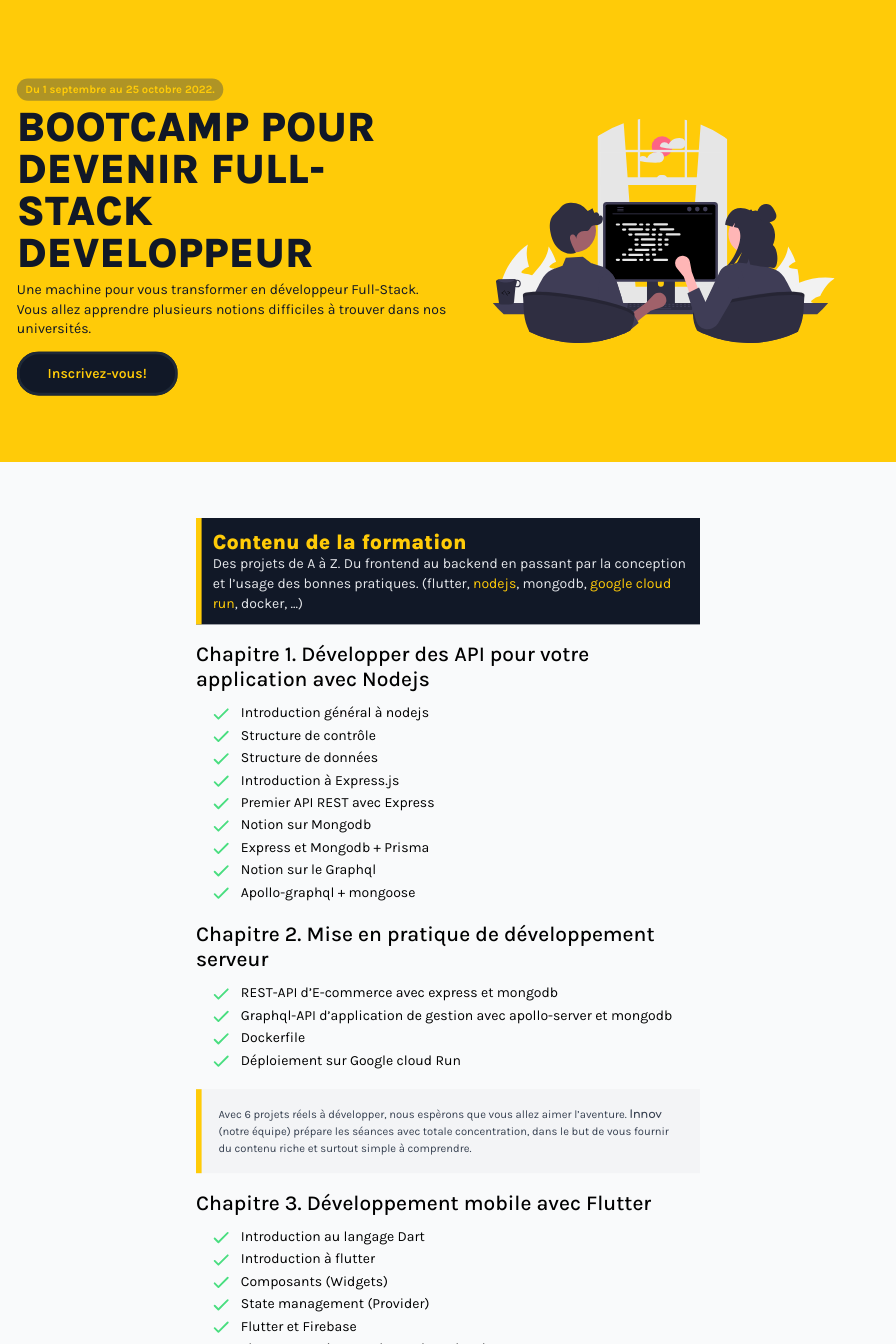
Repository: alfredlwanzo/course
Page: /
The author's editor kept a copy of each file at every save. The page is drawn from the files as they stood at one save, then again after the next save.
The browser window is 1280 px wide. The pictures show the part of the page from y = 0 to 1920 px (the page is 3478 px tall before and 3422 px after), at 70% of full size.
The project was rebuilt for these pictures with package versions that can differ from the ones it lists, and the page was loaded fresh each time. The framework's server and built-in components were replaced by stand-ins that run in the browser. Also part of the build but not shown: next.config.js.

Above is the page before, as saved 2022-08-09 15:43:37.

### pages/_app.tsx
import '../src/styles/globals.css'
import type { AppProps } from 'next/app'

function MyApp({ Component, pageProps }: AppProps) {
  return <Component {...pageProps} />
}

export default MyApp

### pages/_document.tsx
import NextDocument, { Html, Head, Main, NextScript } from "next/document";

type Props = {};

class MyDocument extends NextDocument<Props> {
  render() {
    return (
      <Html>
        <Head>
          <link rel="manifest" href="/manifest.json" />
          <link rel="apple-touch-icon" href="/icon.png"></link>
          <meta name="theme-color" content="#FFCB08" />
          <link rel="icon" href="/favicon.ico" />
        </Head>
        <body>
          <Main />
          <NextScript />
        </body>
      </Html>
    );
  }
}

export default MyDocument;

### pages/index.tsx
import Footer from '@src/components/Footers/Footer'
import ContentSection from '@src/components/sections/Content'
import HomeSection from '@src/components/sections/Home'
import PricingSection from '@src/components/sections/Pricing'
import type { NextPage } from 'next'
import Head from 'next/head'
import Image from 'next/image'


const Home: NextPage = () => {
  return (
    <div className="">
      <Head>
        <title>Innov | Bootcamp pour devenir fullStack developpeur</title>
        <meta name="description" content="Generated by create next app" />
        <link rel="icon" href="/favicon.ico" />
      </Head>

      <main className="">
       <section className="bg-primary pt-16 md:pt-28 pb-14 md:pb-28">
        {/* section Home */}
        <HomeSection/>
       </section>

       {/* section content */}
       <section className="py-6 md:py-20">
        <ContentSection/>
       </section>
       {/* Section pricing */}
       <section>
        <PricingSection/>
       </section>
      </main>

      <Footer/>
    </div>
  )
}

export default Home

### src/styles/globals.css

/* Fonts: Comfortaa & Karla */
@import url('https://fonts.googleapis.com/css2?family=Comfortaa:wght@300;400;500;600;700&display=swap');
@import url('https://fonts.googleapis.com/css2?family=Karla:ital,wght@0,200;0,300;0,400;0,500;0,600;0,700;0,800;1,200;1,300;1,400;1,500;1,600;1,700;1,800&display=swap');

/* tailwind */
@tailwind base;
@tailwind components;
@tailwind utilities;


html,
body {
  padding: 0;
  margin: 0;
  @apply bg-gray-50;
  font-family: 'Karla', sans-serif;
}

a {
  color: inherit;
  text-decoration: none;
}

* {
  box-sizing: border-box;
}

### src/components/Footers/Footer.tsx
import React from 'react'
import Copyright from './Copyright'


const Footer = () => {
  return (
    <div className='bg-gray-900'>
        <Copyright/>
    </div>
  )
}

export default Footer

### src/components/sections/Content.tsx
import React from "react";
import { CheckIcon } from "@heroicons/react/outline";

const ContentSection = () => {
  return (
    <article className="max-w-3xl mx-auto px-3 sm:px-6">
      <blockquote className="bg-gray-900 border-l-8 border-l-primary text-xl text-gray-200 p-4">
        <h6 className="text-primary text-3xl font-extrabold">Contenu de la formation</h6>
        Des projets de A à Z. Du frontend au backend en passant par la conception et l’usage des bonnes pratiques. (flutter, <span className="text-primary">nodejs</span>,  mongodb, <span className="text-primary">google cloud run</span>, docker, ...)
        {/* Nous avons mis du temps à préparer afin de produire un contenue riche. Nous avons appliqué une approche de rendre des notions complexes, faciles à apprendre. Nous voulons qu’une personne après avoir participer à cette formation puisse être capable de produire une application de A à Z sans beaucoup de difficultés. Notre Objectif est de créer de meilleurs développeurs Full-stack. */}
      </blockquote>
      {/* Chapter 1 */}
      <div className="mt-6">
        <h2 className="text-3xl font-medium">
          Chapitre 1. Développer des API pour votre application avec Nodejs
        </h2>
        <ul className="list-inside pl-5 mt-4">
          <li className="text-xl ">
            <CheckIcon className="inline-block h-8 w-8 mr-3 text-green-400" />
            Introduction général à nodejs
          </li>
          <li className="text-xl ">
            <CheckIcon className="inline-block h-8 w-8 mr-3 text-green-400" />
            Structure de contrôle
          </li>
          <li className="text-xl ">
            <CheckIcon className="inline-block h-8 w-8 mr-3 text-green-400" />
            Structure de données
          </li>
          <li className="text-xl ">
            <CheckIcon className="inline-block h-8 w-8 mr-3 text-green-400" />
            Introduction à Express.js
          </li>
          <li className="text-xl ">
            <CheckIcon className="inline-block h-8 w-8 mr-3 text-green-400" />
            Premier API REST avec Express
          </li>
          <li className="text-xl ">
            <CheckIcon className="inline-block h-8 w-8 mr-3 text-green-400" />
            Notion sur Mongodb
          </li>
          <li className="text-xl ">
            <CheckIcon className="inline-block h-8 w-8 mr-3 text-green-400" />
            Express et Mongodb + Prisma
          </li>
          <li className="text-xl ">
            <CheckIcon className="inline-block h-8 w-8 mr-3 text-green-400" />
            Notion sur le Graphql
          </li>
          <li className="text-xl ">
            <CheckIcon className="inline-block h-8 w-8 mr-3 text-green-400" />
            Apollo-graphql + mongoose
          </li>
        </ul>
      </div>
      {/* Chapitre 2 */}
      <div className="mt-6">
        <h2 className="text-3xl font-medium">
          Chapitre 2. Mise en pratique de développement serveur
        </h2>
        <ul className="list-inside pl-5 mt-4 ">
          <li className="text-xl ">
            <CheckIcon className="inline-block h-8 w-8 mr-3 text-green-400" />
            REST-API d’E-commerce avec express et mongodb
          </li>
          <li className="text-xl ">
            <CheckIcon className="inline-block h-8 w-8 mr-3 text-green-400" />
            Graphql-API d’application de gestion avec apollo-server et mongodb
          </li>
          <li className="text-xl ">
            <CheckIcon className="inline-block h-8 w-8 mr-3 text-green-400" />
            Dockerfile
          </li>
          <li className="text-xl ">
            <CheckIcon className="inline-block h-8 w-8 mr-3 text-green-400" />
            Déploiement sur Google cloud Run
          </li>
        </ul>
      </div>
      <blockquote className="border-l-8 border-l-primary p-6 mt-6 bg-gray-100 text-gray-700">
      Avec 6 projets réels à développer,
            nous espèrons que vous allez aimer l’aventure.{" "}
            <span className="font-comfortaa font-bold">Innov</span> (notre
            équipe) prépare les séances avec totale concentration, dans le but
            de vous fournir du contenu riche et surtout simple à comprendre.
      </blockquote>
      {/* Chapitre 3 */}
      <div className="mt-6">
        <h2 className="text-3xl font-medium">
          Chapitre 3. Développement mobile avec Flutter
        </h2>
        <ul className="list-inside pl-5 mt-4 ">
          <li className="text-xl ">
            <CheckIcon className="inline-block h-8 w-8 mr-3 text-green-400" />
            Introduction au langage Dart
          </li>
          <li className="text-xl ">
            <CheckIcon className="inline-block h-8 w-8 mr-3 text-green-400" />
            Introduction à flutter
          </li>
          <li className="text-xl ">
            <CheckIcon className="inline-block h-8 w-8 mr-3 text-green-400" />
            Composants (Widgets)
          </li>
          <li className="text-xl ">
            <CheckIcon className="inline-block h-8 w-8 mr-3 text-green-400" />
            State management (Provider)
          </li>
          <li className="text-xl ">
            <CheckIcon className="inline-block h-8 w-8 mr-3 text-green-400" />
            Flutter et Firebase
          </li>
          <li className="text-xl ">
            <CheckIcon className="inline-block h-8 w-8 mr-3 text-green-400" />
            Flutter et SQLite pour le stockage local
          </li>
          <li className="text-xl ">
            <CheckIcon className="inline-block h-8 w-8 mr-3 text-green-400" />
            Flutter pour le Media (Camera, Image, vidéo, audio)
          </li>
        </ul>
      </div>
       {/* Chapitre 4 */}
       <div className="mt-6">
        <h2 className="text-3xl font-medium">
          Chapitre 4. Mise en pratique complète, Section de clonage de projets existant
        </h2>
        <ul className="list-inside pl-5 mt-4 ">
          <li className="text-xl ">
            <CheckIcon className="inline-block h-8 w-8 mr-3 text-green-400" />
            Développement d’une application d’E-commerce avec REST-API
          </li>
          <li className="text-xl ">
            <CheckIcon className="inline-block h-8 w-8 mr-3 text-green-400" />
            Développement d’une application de Twitter avec Google Firebase
          </li>
          <li className="text-xl ">
            <CheckIcon className="inline-block h-8 w-8 mr-3 text-green-400" />
            Développement d’une librairie client pour graphql
          </li>
          <li className="text-xl ">
            <CheckIcon className="inline-block h-8 w-8 mr-3 text-green-400" />
            Développement d’une application de Gestion commerciale avec Graphql avec AWS AppSync
          </li>
          <li className="text-xl ">
            <CheckIcon className="inline-block h-8 w-8 mr-3 text-green-400" />
            Déploiement sur playstore
          </li>
        </ul>
      </div>
      <blockquote className="border-l-8 border-l-primary p-6 mt-6 bg-gray-100 text-gray-700">
        En participant vous aurez <span className="font-bold text-primary">accès à une vidéo chaque jour</span> pour rappeler les notions apprise pendant le live
      </blockquote>
    </article>
  );
};

export default ContentSection;

### src/components/sections/Home.tsx
import React from "react";
import SubscribeButton from "../buttons/SubscribeButton";
import PairProgramming from "../icons/PairProgramming";

const HomeSection = () => {
  return (
    <div className="max-w-7xl mx-auto px-3 sm:px-6">
      <div className="grid md:grid-cols-2 gap-10 lg:gap-0">
        <div>
          <div className="bg-gray-700 bg-opacity-40 w-max py-1 px-3 rounded-full">
            <h6 className="font-bold text-primary">
              Du 1 septembre au 25 octobre 2022.
            </h6>
          </div>
          <h1 className="text-5xl md:text-6xl text-gray-900 font-extrabold uppercase mt-2">
            Bootcamp pour devenir full-stack developpeur
          </h1>
          <p className="text-xl mt-2 text-gray-900">
            Une machine pour vous transformer en développeur
            Full-Stack. Vous allez apprendre plusieurs notions difficiles à
            trouver dans nos universités.
          </p>
          <div className="hidden md:block mt-9">
            <SubscribeButton />
          </div>
        </div>
        <div className="flex flex-col items-center justify-center">
          <PairProgramming className="w-auto h-52 md:h-80 -bottom-10" />
          <div className="block md:hidden mt-12">
            <SubscribeButton />
          </div>
        </div>
      </div>
    </div>
  );
};

export default HomeSection;

### src/components/sections/Pricing.tsx

const tiers = [
  {
    name: 'En ligne',
    href: 'https://wa.me/+243978154329',
    price: 75,
    description: "La formation se passe en ligne en live.  2 heures par jour",
  },
  {
    name: 'En presentielle',
    href: 'https://wa.me/+243978154329',
    price: 100,
    description: 'Nous ne recevrons que 5 personnes au sein de nos locaux à Butembo',
  },
]

export default function PricingSection() {
  return (
    <div className="bg-gray-900">
      <div className="pt-12 sm:pt-16 lg:pt-24">
        <div className="max-w-4xl mx-auto text-center px-4 sm:px-6 lg:px-8">
          <div className="max-w-3xl mx-auto space-y-2 lg:max-w-none">
            <h2 className="text-lg leading-6 font-semibold text-primary uppercase tracking-wider">Tarif</h2>
            <p className="text-3xl font-extrabold text-white sm:text-4xl lg:text-5xl">
            Investissez à vous
            </p>
            <p className="text-xl text-gray-300">
              pour votre indépendance
            </p>
          </div>
        </div>
      </div>
      <div className="mt-8 pb-12 bg-gray-50 sm:mt-12 sm:pb-16 lg:mt-16 lg:pb-24">
        <div className="relative">
          <div className="absolute inset-0 h-3/4 bg-gray-900" />
          <div className="relative z-10 max-w-4xl mx-auto px-4 sm:px-6 lg:px-8">
            <div className="max-w-md mx-auto space-y-4 lg:max-w-5xl lg:grid lg:grid-cols-2 lg:gap-5 lg:space-y-0">
              {tiers.map((tier) => (
                <div key={tier.name} className="flex flex-col rounded-lg shadow-lg overflow-hidden">
                  <div className="px-6 py-8 bg-white sm:p-10 sm:pb-6">
                    <div>
                      <h3
                        className="inline-flex px-4 py-1 rounded-full text-sm font-semibold tracking-wide uppercase bg-gray-50 text-gray-900"
                        id="tier-standard"
                      >
                        {tier.name}
                      </h3>
                    </div>
                    <div className="mt-4 flex items-baseline text-6xl font-extrabold">
                      ${tier.price}
                    </div>
                    <p className="mt-5 text-xl text-gray-500">{tier.description}</p>
                  </div>
                  <div className="flex-1 flex flex-col justify-between px-6 pt-6 pb-8 bg-gray-50 space-y-6 sm:p-10 sm:pt-6">

                    <div className="rounded-full shadow">
                      <a
                        href={tier.href}
                        target="_blank"
                        rel="noreferrer"
                        className="flex items-center justify-center px-5 py-3 border border-transparent text-xl font-medium rounded-full text-primary bg-gray-900 hover:bg-gray-900"
                        aria-describedby="tier-standard"
                      >
                        Inscrivez-vous!
                      </a>
                    </div>
                  </div>
                </div>
              ))}
            </div>
          </div>
        </div>
        <div className="mt-4 relative max-w-4xl mx-auto px-4 sm:px-6 lg:px-8 lg:mt-5">
          <div className="max-w-md mx-auto lg:max-w-5xl">
            <div className="border-l-8 border-l-primary bg-gray-900 px-6 py-8 sm:p-10 lg:flex lg:items-center">
              <div className="flex-1">
                <div>
                  <h3 className="inline-flex px-4 py-1 rounded-full text-sm font-semibold tracking-wide uppercase bg-white text-gray-800">
                    Réduction
                  </h3>
                </div>
                <div className="mt-4 text-lg text-gray-100">
                Nous offrons aux 10 premiers inscrits une <span className="font-bold text-primary">réduction de 15$</span> à chaque personne qui va s’inscrire à la formation en ligne avant le 25 Août. Soit <span className="text-primary">60$</span> cash.
                </div>
              </div>
              <div className="mt-6 rounded-md shadow lg:mt-0 lg:ml-10 lg:flex-shrink-0">
                <a
                  href="https://wa.me/+243978154329"
                  target="_blank"
                  rel="noreferrer"
                  className="flex items-center justify-center animate-pulse px-5 py-3 border border-transparent text-base font-medium rounded-full text-gray-900 bg-white hover:bg-gray-50"
                >
                  Profiter de l&apos;occation
                </a>
              </div>
            </div>
          </div>
        </div>
      </div>
    </div>
  )
}

### src/components/Footers/Copyright.tsx
import React from 'react'

const Copyright = () => {
  return (
    <div className='max-w-7xl mx-auto px-3 sm:px-6" py-3 text-gray-200 '>
        <p className='text-xs'>© 2022 InnovToast. Tous droits réservés.</p>
    </div>
  )
}

export default Copyright

### src/components/buttons/SubscribeButton.tsx
import React from "react";

const SubscribeButton = () => {
  return (
    <a
      href="https://wa.me/+243978154329"
      target="_blank"
      rel="noreferrer"
      className="bg-gray-900 text-primary animate-pulse py-4 px-10 text-xl font-semibold rounded-full border-4 border-gray-800 hover:bg-opacity-95 hover:border-gray-900"
    >
      Inscrivez-vous!
    </a>
  );
};

export default SubscribeButton;

Loaded but not shown: tailwind.config.js (18 lines, source omitted); src/components/icons/PairProgramming.tsx (865 lines, source omitted)

After the next save:
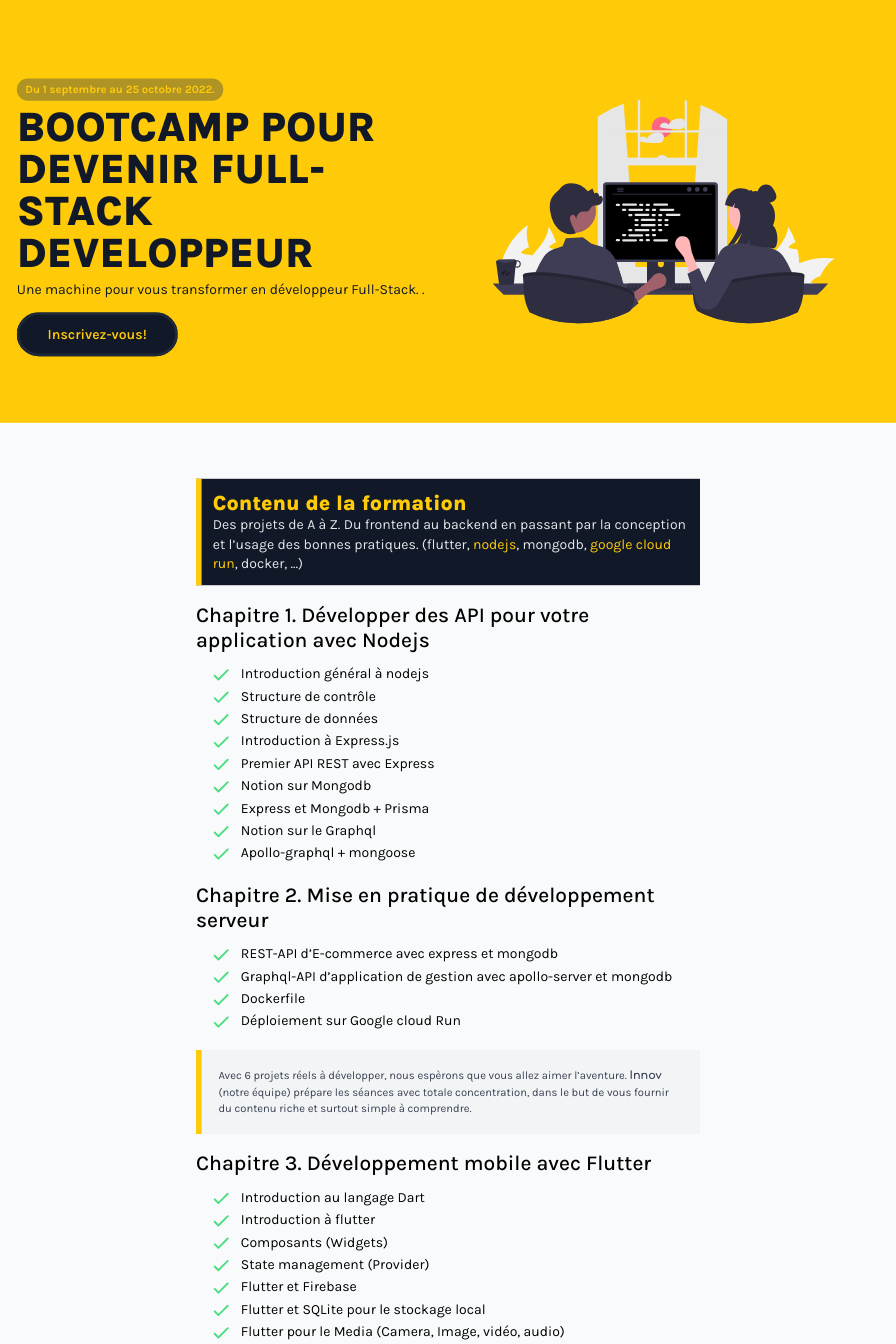
Saved 17 s later.
--- a/src/components/sections/Home.tsx
+++ b/src/components/sections/Home.tsx
@@ -17,8 +17,7 @@
           </h1>
           <p className="text-xl mt-2 text-gray-900">
             Une machine pour vous transformer en développeur
-            Full-Stack. Vous allez apprendre plusieurs notions difficiles à
-            trouver dans nos universités.
+            Full-Stack. .
           </p>
           <div className="hidden md:block mt-9">
             <SubscribeButton />

After the save that followed:
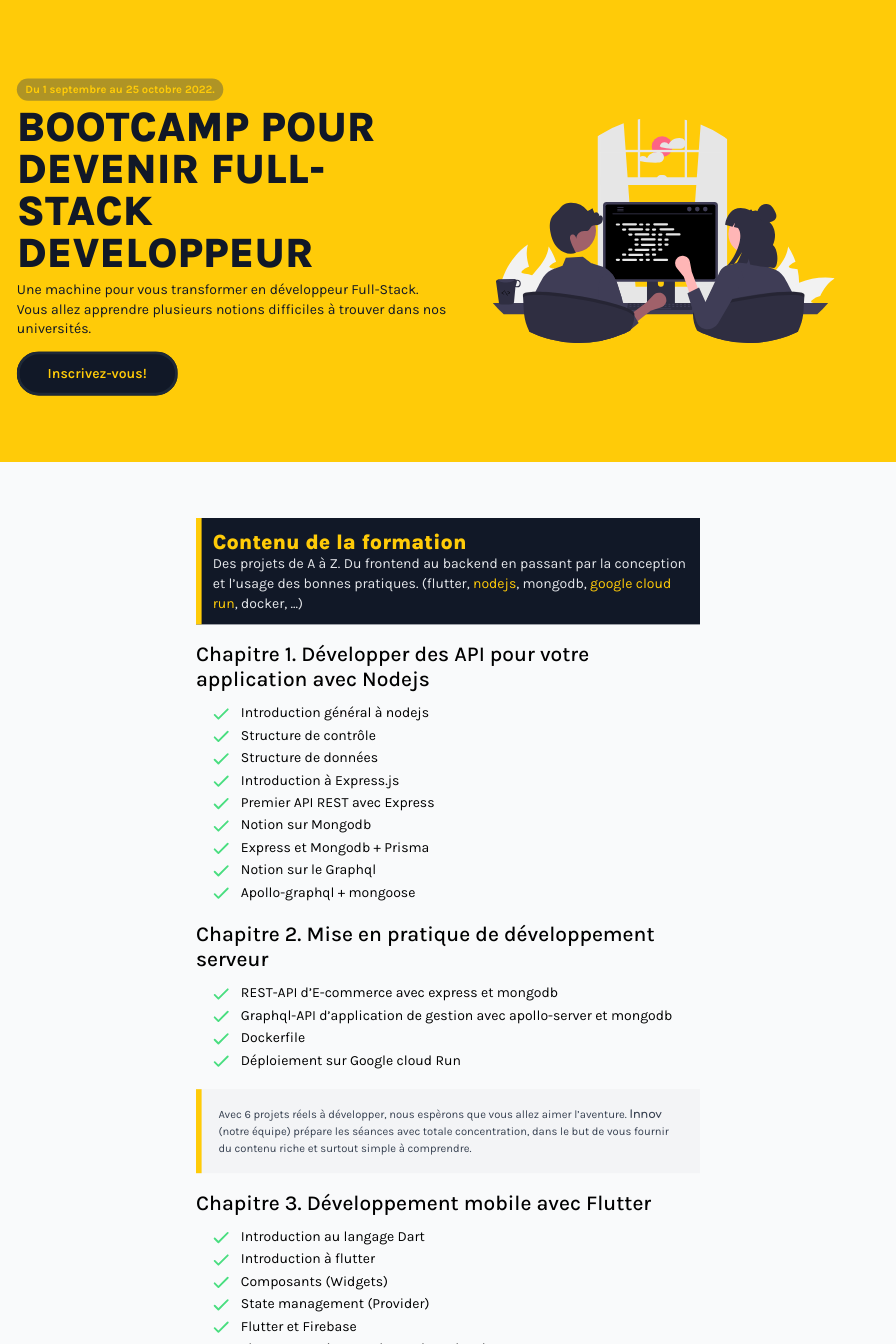
Saved 30 s later.
--- a/src/components/sections/Home.tsx
+++ b/src/components/sections/Home.tsx
@@ -17,7 +17,8 @@
           </h1>
           <p className="text-xl mt-2 text-gray-900">
             Une machine pour vous transformer en développeur
-            Full-Stack. .
+            Full-Stack. Vous allez apprendre plusieurs notions difficiles à
+            trouver dans nos universités.
           </p>
           <div className="hidden md:block mt-9">
             <SubscribeButton />
